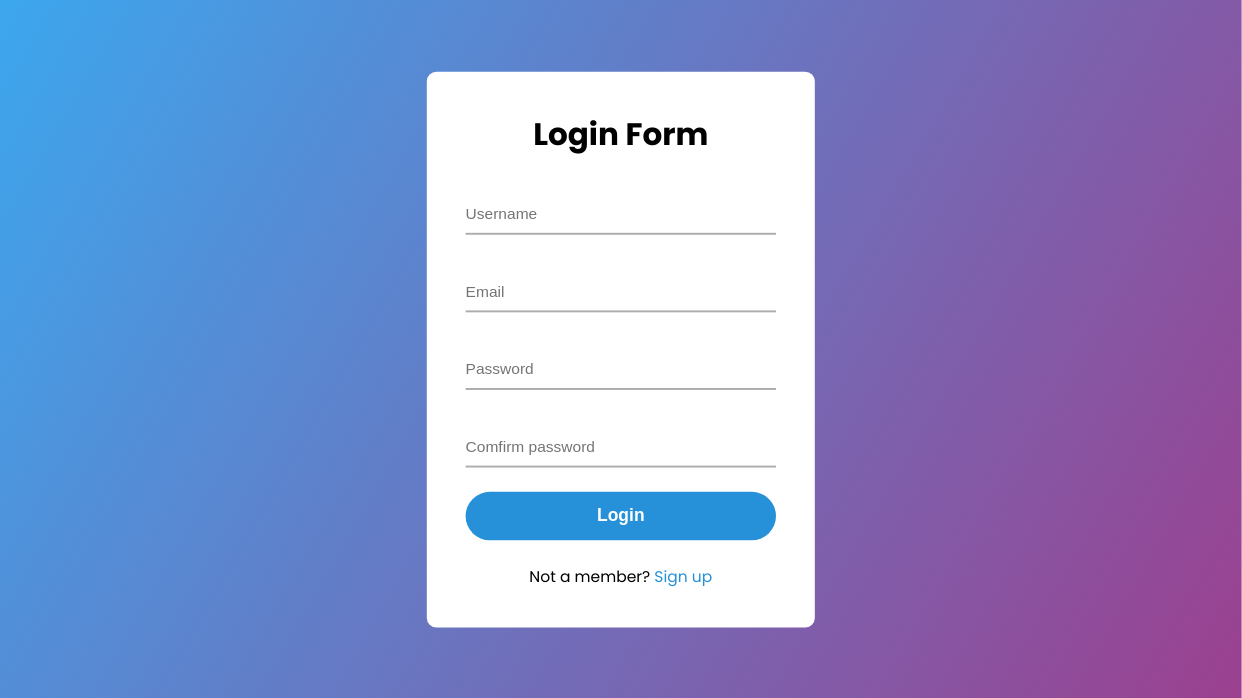
Repository: QUANGTHAI2003/Form-Validation
Page: index.html
These files come from the project's save history. The page is drawn as it stood at one moment and after the next save; the edit follows.
The browser window is 1280 px wide. The pictures show the whole page, at 97% of full size.

Above is the page before, as saved 2022-03-13 16:58:44.

After the next save:
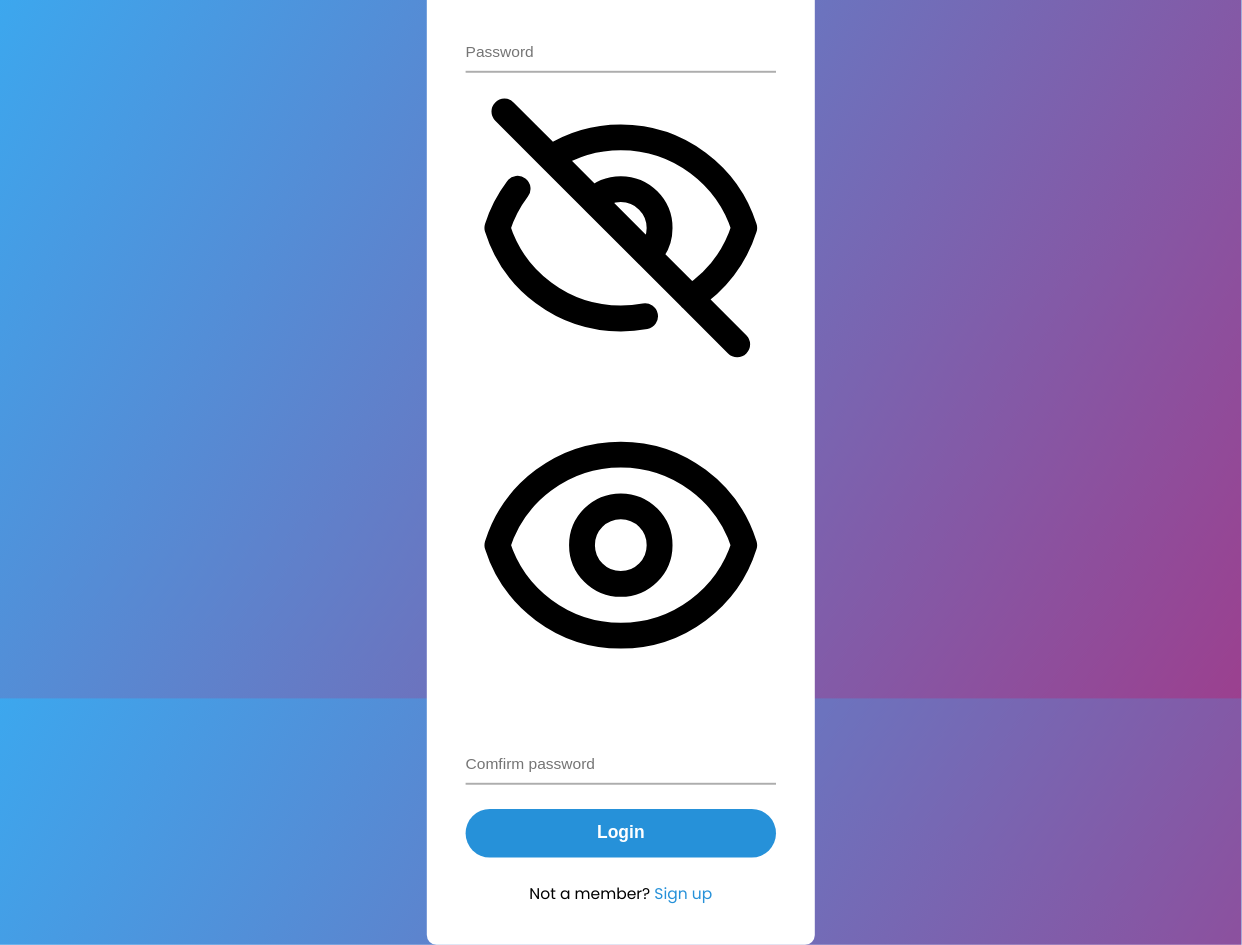
Saved 4 h 51 min later.
--- a/index.html
+++ b/index.html
@@ -25,6 +25,39 @@
                     <input id="password" type="password" placeholder="Password" />
                     <small></small>
                     <span></span>
+                    <svg
+                        xmlns="http://www.w3.org/2000/svg"
+                        class="eye eye-open"
+                        fill="none"
+                        viewBox="0 0 24 24"
+                        stroke="currentColor"
+                        stroke-width="2"
+                    >
+                        <path
+                            stroke-linecap="round"
+                            stroke-linejoin="round"
+                            d="M13.875 18.825A10.05 10.05 0 0112 19c-4.478 0-8.268-2.943-9.543-7a9.97 9.97 0 011.563-3.029m5.858.908a3 3 0 114.243 4.243M9.878 9.878l4.242 4.242M9.88 9.88l-3.29-3.29m7.532 7.532l3.29 3.29M3 3l3.59 3.59m0 0A9.953 9.953 0 0112 5c4.478 0 8.268 2.943 9.543 7a10.025 10.025 0 01-4.132 5.411m0 0L21 21"
+                        />
+                    </svg>
+                    <svg
+                        xmlns="http://www.w3.org/2000/svg"
+                        class="eye eye-close hidden"
+                        fill="none"
+                        viewBox="0 0 24 24"
+                        stroke="currentColor"
+                        stroke-width="2"
+                    >
+                        <path
+                            stroke-linecap="round"
+                            stroke-linejoin="round"
+                            d="M15 12a3 3 0 11-6 0 3 3 0 016 0z"
+                        />
+                        <path
+                            stroke-linecap="round"
+                            stroke-linejoin="round"
+                            d="M2.458 12C3.732 7.943 7.523 5 12 5c4.478 0 8.268 2.943 9.542 7-1.274 4.057-5.064 7-9.542 7-4.477 0-8.268-2.943-9.542-7z"
+                        />
+                    </svg>
                 </div>
                 <div class="form-control">
                     <input id="confirm-password" type="password" placeholder="Comfirm password" />

After the save that followed:
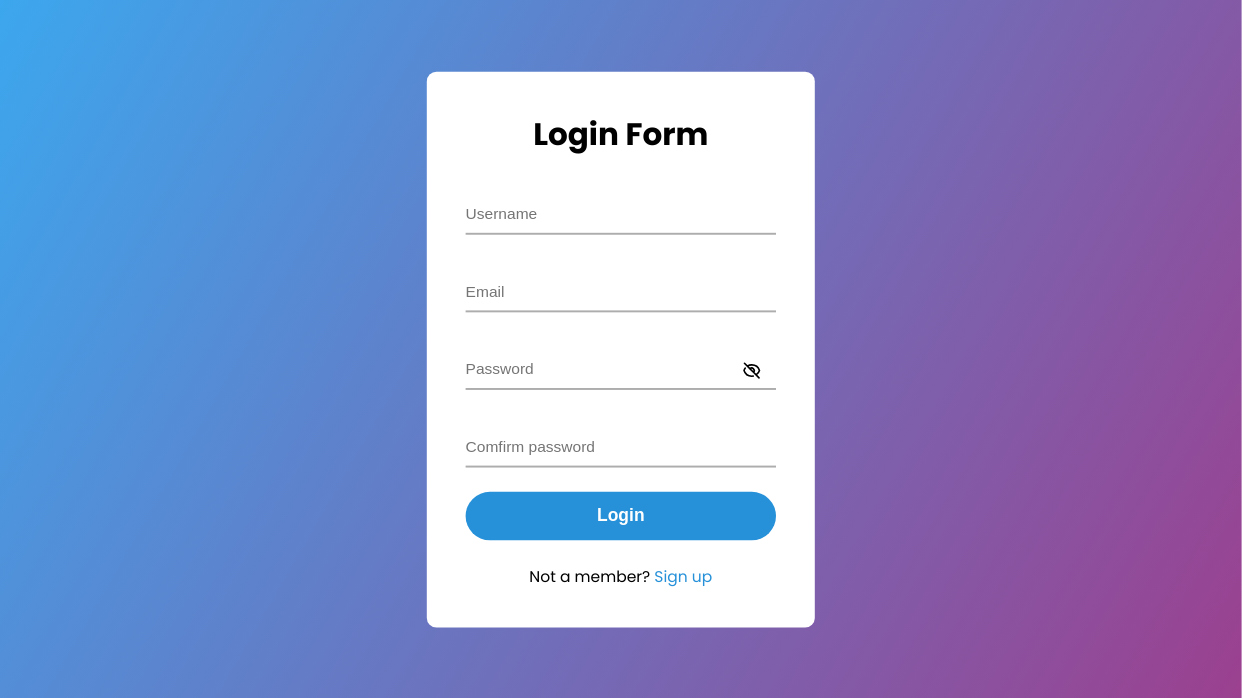
Saved 19 s later.
--- a/style.css
+++ b/style.css
@@ -101,3 +101,35 @@ body {
 .signup-link a:hover {
     text-decoration: underline;
 }
+
+.field {
+    position: relative;
+    max-width: 500px;
+}
+
+.input {
+    width: 100%;
+    border: 1px solid #ccc;
+    border-radius: 8px;
+    padding: 15px 30px;
+    font-family: 'Poppins';
+    font-size: 14px;
+    transition: all 0.2s linear;
+}
+
+.input:focus {
+    border-color: #6A5AF9;
+}
+
+.eye {
+    position: absolute;
+    right: 15px;
+    top: 50%;
+    transform: translateY(-50%);
+    max-width: 20px;
+    cursor: pointer;
+}
+
+.hidden {
+    display: none;
+}
